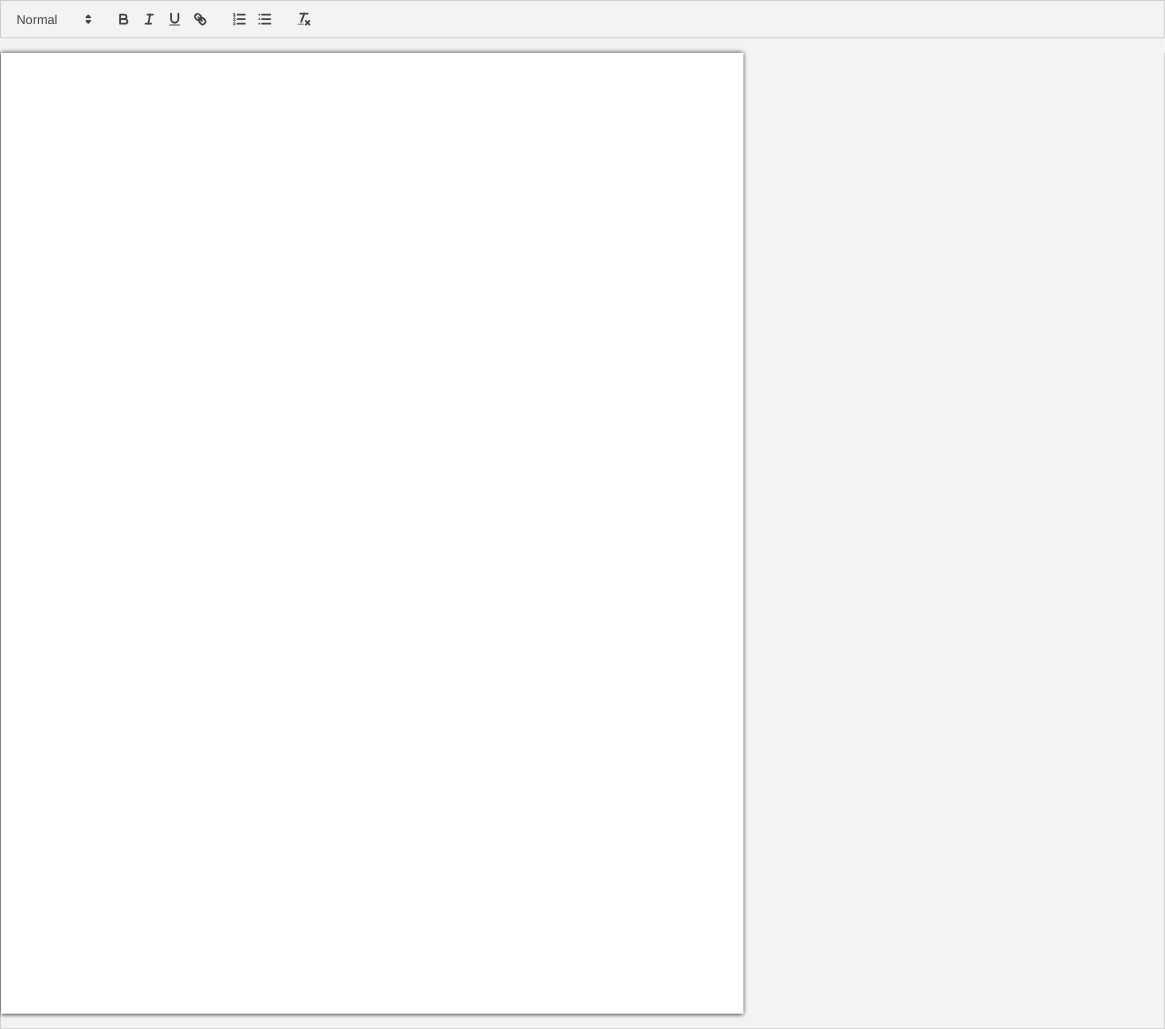
Repository: LaukeyMwaura/g-docs
Page: / (app in client/)
An editor plug-in stored every save of this project. The page is shown before and after the next save, followed by the edit.
The browser window is 1280 px wide. The pictures show the whole page, at 91% of full size.
The project was rebuilt for these pictures with package versions that can differ from the ones it lists, and the page was loaded fresh each time.

Above is the page before, as saved 2021-05-11 13:48:31.

After the next save:
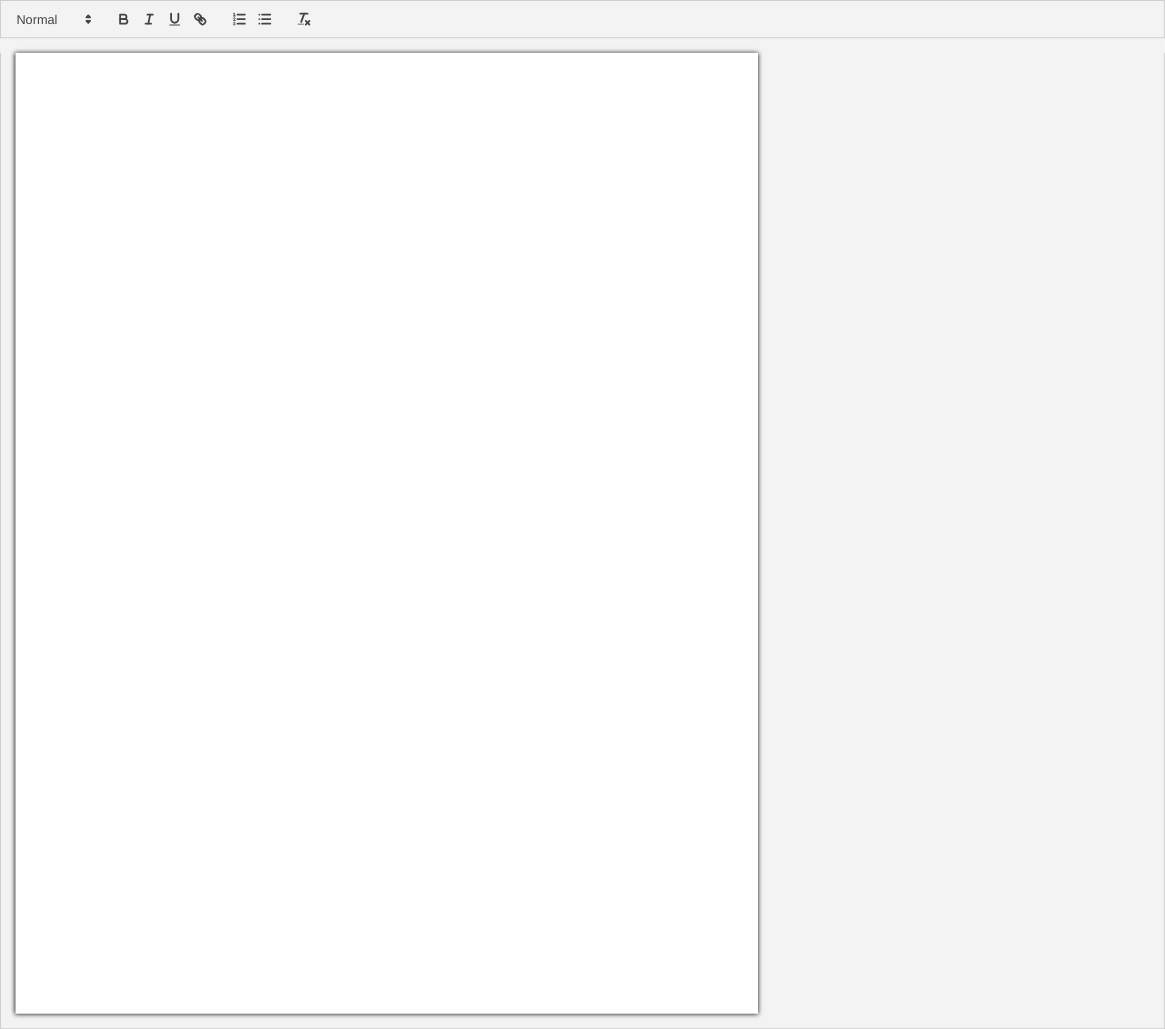
Saved 36 s later.
--- a/client/src/styles.css
+++ b/client/src/styles.css
@@ -10,7 +10,7 @@ body {
     width: 8.5in;
     min-height: 11in;
     padding:1in;
-    margin: 1rem 0;
+    margin: 1rem ;
     box-shadow: 0 0 5px 0 black;
     background-color: white;
 }
